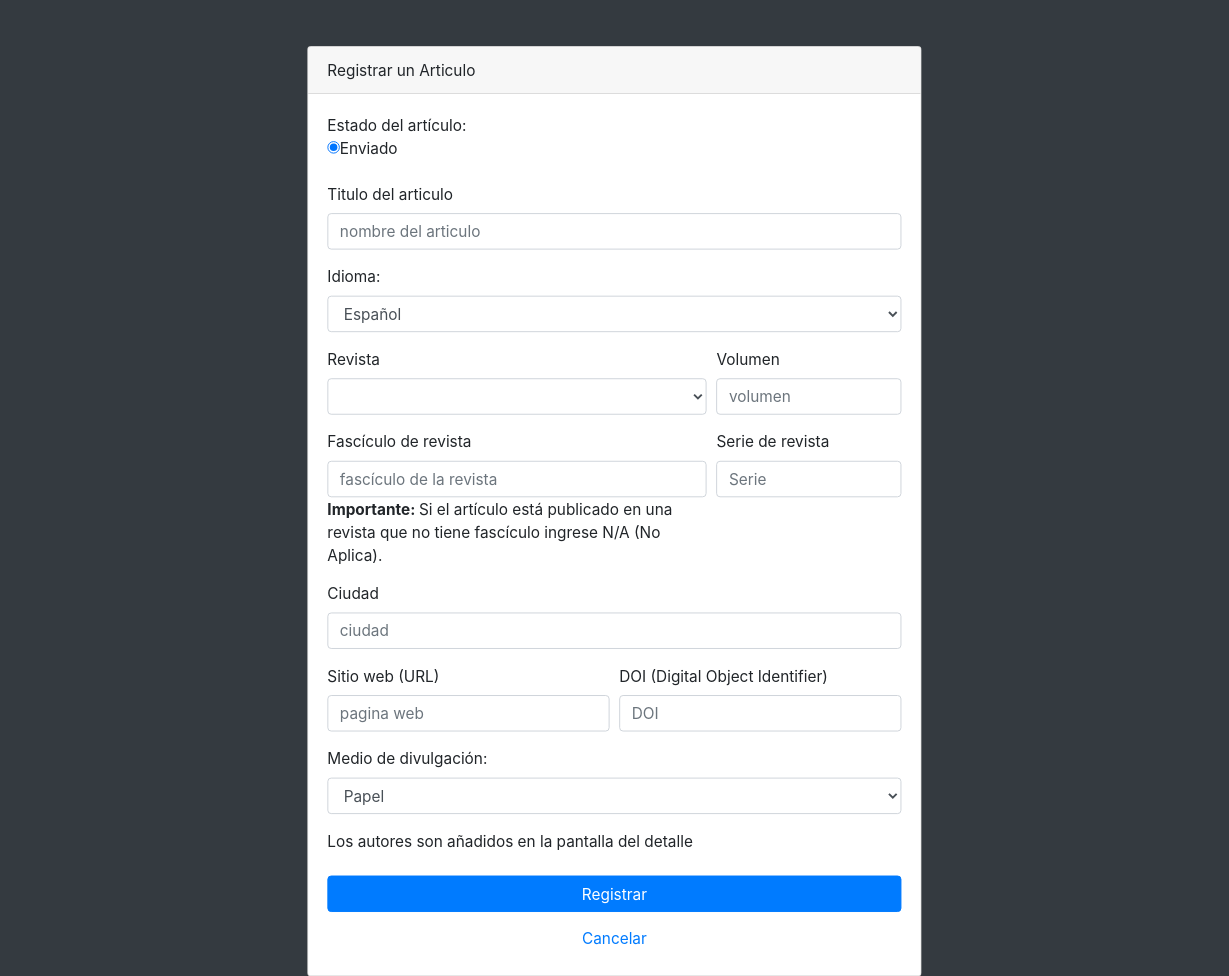
Repository: arnaldosanmartin/RepositorioWeb
Page: http://localhost/startbootstrap-sb-admin-gh-pages/registerArticulo.php
The author's editor kept a record of every edit. The page is drawn from the files as they stood at one moment, then again after the next edit.
The browser window is 1280 px wide. The pictures show the whole page, at 96% of full size.
The page is run by PHP 8.4 with error messages shown; the project is at /var/www/html/. The session is filled in as if someone had signed in: {"user_id": 1, "user_name": "Test User", "user_rol": "admin"}. Other server files are loaded and not shown. Queries for data that is not in the repository find no rows.

Above is the page before.

### startbootstrap-sb-admin-gh-pages/registerArticulo.php
<?php
  session_start();
  if(isset($_SESSION["user_id"])==false){
    header('Location: login.php');
  }
  $iduser= $_SESSION["user_id"];
  if(isset($_POST['register'])){

    $host= "127.0.0.1";
    $user= "azarot";
    $pass= "";
    $db= "mydb";
    $port= 3306;

    $nombre= $_POST['nameInputArt'];
    $idioma= $_POST['sgl_idioma'];
    $revista= $_POST['revistaInput'];
    $fechaupdate= date("Y-m-d");
    $actualestado=$_POST['cod_tipo_producto'];
    $ciudad=$_POST['cityInput'];
    $PI= "0";
    $PF= "0";
    $volRev= "0";
    $fasiculo= "N/A";
    $volFas= "0";
    $site= "0";
    $doi= "0";
    $medio= "ninguno";
    $fecha="1";
    $cuartilScopus = "";
    $cuartilIsci = "";
    $cuartilIndex = "";
    $tipo="completo";

    $connection= mysqli_connect($host, $user, $pass, $db, $port)or die(mysql_error());

    $query= "SELECT * FROM Revista WHERE id = '$revista'";
    $result= mysqli_query($connection, $query);
     if ($row= mysqli_fetch_assoc($result)) {
        $cuartilScopus = $row['cuartilScopus'];
        $cuartilIsci = $row['cuartilIsci'];
        $cuartilIndex = $row['cuartilIndex'];
      }else{
        echo "Error: " . $query . "<br>" . $conn->error;
      }

    if($actualestado==="Publicado"){
      $PI= $_POST['PIInput'];
      $PF= $_POST['PFInput'];
      $volRev= $_POST['volumenInput'];
      $fasiculo= $_POST['fasiculoInput'];
      $volFas= $_POST['volumenfas'];
      $site= $_POST['siteInput'];
      $doi= $_POST['DOIInput'];
      $medio= $_POST['medioInput'];
      $fecha=$_POST['dateInputArt'];
    }

    $query="INSERT INTO Producto (tipoArticulo, tituloArticulo, ciudad, paginaInicial, paginaFinal , idioma, fecha, fechaup, idRevista, volumen, fasciculoRevista, serieRevista, medioDivulgacion, sitioWeb, doi, estado,cuartilScopus,cuartilIsci,cuartilIndex)
      VALUES ('$tipo' ,'$nombre', '$ciudad','$PI','$PF','$idioma','$fecha','$fechaupdate','$revista','$volRev','$fasiculo','$volFas','$medio','$site','$doi','$actualestado','$cuartilScopus','$cuartilIsci','$cuartilIndex')";
    if ($connection->query($query)=== TRUE) {
      $last_id = $connection->insert_id;
      $query= "INSERT INTO Relacion_profesor_producto (idProfesor, idProducto) VALUES ('$iduser','$last_id')";
        if ($connection->query($query)=== TRUE) {
          header('Location: tablesArtic.php');
        } else {
        echo "Error: " . $query . "<br>" . $conn->error;
        }
    } else {
    echo "Error: " . $query . "<br>" . $conn->error;
    }


    $connection->close();
  }
?>
<!DOCTYPE html>
<html lang="en">

<head>
  <meta charset="utf-8">
  <meta http-equiv="X-UA-Compatible" content="IE=edge">
  <meta name="viewport" content="width=device-width, initial-scale=1, shrink-to-fit=no">
  <meta name="description" content="Registro de articulos">
  <meta name="author" content="Aza">
  <title>Articulos</title>
  <!-- Bootstrap core CSS-->
  <link href="vendor/bootstrap/css/bootstrap.min.css" rel="stylesheet">
  <!-- Custom fonts for this template-->
  <link href="vendor/font-awesome/css/font-awesome.min.css" rel="stylesheet" type="text/css">
  <!-- Custom styles for this template-->
  <link href="css/sb-admin.css" rel="stylesheet">
</head>

<body class="bg-dark">
  <div class="container">
    <div class="card card-register mx-auto mt-5">
      <div class="card-header">Registrar un Articulo</div>
      <div class="card-body">
        <form method="post" action="">
          Estado del art&iacute;culo: <br>
          <td colspan="4" >
            <input type="radio" id="tipoProducto2" name="cod_tipo_producto" value='Enviado' checked="checked"/>Enviado&nbsp;
            </td><br><br>
          <div class="form-group">
            <label for="nameInputGroup">Titulo del articulo</label>
            <input class="form-control" id="nameInputArt" name="nameInputArt" placeholder="nombre del articulo" required>
          </div>
          <div class="form-group">
            <label for="idiomaInput">Idioma:</label>
            <select class="form-control" id="idiomaInput" name="sgl_idioma" required>
            <option value="ES">Espa&ntilde;ol</option>
            <option value="DE">Alem&aacute;n</option>
            <option value="ZH">Chino</option>
            <option value="FR">Franc&eacute;s</option>
            <option value="IW">Hebreo</option>
            <option value="NL">Holand&eacute;s</option>
            <option value="EN">Ingl&eacute;s</option>
            <option value="IT">Italiano</option>
            <option value="JA">Japon&eacute;s</option>
            <option value="LA">Lat&iacute;n</option>
            <option value="PT">Portugu&eacute;s</option>
            <option value="QU">Quechua</option>
            <option value="RO">Rumano</option>
            <option value="RU">Ruso</option>
            <option value="TH">Tailand&eacute;s</option>
            </select>
          </div>

          <div class="form-group">
            <div class="form-row">
              <div class="col-md-8">
                <label for="revistaInput">Revista</label>
                <select class="form-control" id="revistaInput" name="revistaInput" required>
                <?php
                $host= "127.0.0.1";
                $user= "azarot";
                $pass= "";
                $db= "mydb";
                $port= 3306;

                $connection= mysqli_connect($host, $user, $pass, $db, $port)or die(mysql_error());


                $query= "SELECT * FROM Revista";
                $result= mysqli_query($connection, $query);
                  while ($row= mysqli_fetch_assoc($result)) {
                   echo "<option value='".$row['id']."'>".$row['nombre']."</option>";
                  }
                $connection->close();
                ?>
                </select>
              </div>
              <div class="col-md-4 cls-completo">
                <label for="volumenInput">Volumen</label>
                <input  required class="form-control cls-completo-input" id="volumenInput" name="volumenInput" type="number" aria-describedby="nameHelp" placeholder="volumen">
              </div>
            </div>
          </div>
          <div class="form-group">
            <div class="form-row">
              <div class="col-md-8 cls-completo">
                <label for="fasiculoInput">Fasc&iacute;culo de revista</label>
                <input class="form-control cls-completo-input" id="fasiculoInput" name="fasiculoInput" type="text" aria-describedby="nameHelp" placeholder="fasc&iacute;culo de la revista">
                <strong>Importante: </strong> Si el art&iacute;culo est&aacute; publicado en una revista que no tiene fasc&iacute;culo ingrese N/A (No Aplica). &nbsp
              </div>
              <div class="col-md-4 cls-completo">
                <label for="volumenInput">Serie de revista</label>
                <input class="form-control cls-completo-input" id="volumenInput" name="volumenfas" type="number" aria-describedby="nameHelp" placeholder="Serie">
              </div>
            </div>
          </div>
          <div class="form-group">
            <label for="cityInputGroup">Ciudad</label>
            <input class="form-control" id="cityInput" name="cityInput" placeholder="ciudad">
          </div>
          <div class="form-group">
            <div class="form-row">
              <div class="col-md-6 cls-completo">
                <label for="siteInput">Sitio web (URL)</label>
                <input class="form-control cls-completo-input" name="siteInput" id="siteInput" type="text" aria-describedby="nameHelp" placeholder="pagina web">
              </div>
              <div class="col-md-6 cls-completo">
                <label for="DOIInput">DOI (Digital Object Identifier)</label>
                <input class="form-control cls-completo-input" name="DOIInput" id="DOIInput" type="text" aria-describedby="nameHelp" placeholder="DOI">
              </div>
            </div>
          </div>
          <div class="form-group cls-completo">
            <label for="medioInput">Medio de divulgaci&oacute;n:</label>
            <select name="medioInput" class="form-control cls-completo-input" id="medioInput" name="medioInput">
              <option value="papel">Papel</option>
		          <option value="electronico">Electr&oacute;nico</option>
		        </select>
          </div>
          <div class="form-group">
            <label >Los autores son añadidos en la pantalla del detalle</label>
          </div>
          <input class="btn btn-primary btn-block" type="submit" id="register" name="register" value="Registrar"/>
          <a class="btn btn-block" href="tablesArtic.php">Cancelar</a>
        </form>
      </div>
    </div>
  </div>
  <!-- Bootstrap core JavaScript-->
  <script src="vendor/jquery/jquery.min.js"></script>
  <script src="vendor/bootstrap/js/bootstrap.bundle.min.js"></script>
  <!-- Core plugin JavaScript-->
  <script src="vendor/jquery-easing/jquery.easing.min.js"></script>
  <script type="text/javascript">
    $("input[type=radio][name=cod_tipo_producto]").on("change",function(){
      var estado = $(this).val();
      console.log(estado);
      switch(estado){
        case 'Publicado':
          $(".cls-completo").removeClass("hide");
          $(".cls-completo-input").attr("disabled",false);

          $(".cls-corto").addClass("hide");
          $(".cls-corto-input").attr("disabled",true);
          break;

        default:
          $(".cls-corto").removeClass("hide");
          $(".cls-corto-input").attr("disabled",false);

          $(".cls-completo").addClass("hide");
          $(".cls-completo-input").attr("disabled",true);
      }
    });
  </script>
</body>

</html>

### startbootstrap-sb-admin-gh-pages/css/sb-admin.css
html {
  position: relative;
  min-height: 100%;
}

body {
  overflow-x: hidden;
}

body.sticky-footer {
  margin-bottom: 56px;
}

body.sticky-footer .content-wrapper {
  min-height: calc(100vh - 56px - 56px);
}

body.fixed-nav {
  padding-top: 56px;
}

.content-wrapper {
  min-height: calc(100vh - 56px);
  padding-top: 1rem;
}

.scroll-to-top {
  position: fixed;
  right: 15px;
  bottom: 3px;
  display: none;
  width: 50px;
  height: 50px;
  text-align: center;
  color: white;
  background: rgba(52, 58, 64, 0.5);
  line-height: 45px;
}

.scroll-to-top:focus, .scroll-to-top:hover {
  color: white;
}

.scroll-to-top:hover {
  background: #343a40;
}

.scroll-to-top i {
  font-weight: 800;
}

.smaller {
  font-size: 0.7rem;
}

.o-hidden {
  overflow: hidden !important;
}

.z-0 {
  z-index: 0;
}

.z-1 {
  z-index: 1;
}

#mainNav .navbar-collapse {
  overflow: auto;
  max-height: 75vh;
}

#mainNav .navbar-collapse .navbar-nav .nav-item .nav-link {
  cursor: pointer;
}

#mainNav .navbar-collapse .navbar-sidenav .nav-link-collapse:after {
  float: right;
  content: '\f107';
  font-family: 'FontAwesome';
}

#mainNav .navbar-collapse .navbar-sidenav .nav-link-collapse.collapsed:after {
  content: '\f105';
}

#mainNav .navbar-collapse .navbar-sidenav .sidenav-second-level,
#mainNav .navbar-collapse .navbar-sidenav .sidenav-third-level {
  padding-left: 0;
}

#mainNav .navbar-collapse .navbar-sidenav .sidenav-second-level > li > a,
#mainNav .navbar-collapse .navbar-sidenav .sidenav-third-level > li > a {
  display: block;
  padding: 0.5em 0;
}

#mainNav .navbar-collapse .navbar-sidenav .sidenav-second-level > li > a:focus, #mainNav .navbar-collapse .navbar-sidenav .sidenav-second-level > li > a:hover,
#mainNav .navbar-collapse .navbar-sidenav .sidenav-third-level > li > a:focus,
#mainNav .navbar-collapse .navbar-sidenav .sidenav-third-level > li > a:hover {
  text-decoration: none;
}

#mainNav .navbar-collapse .navbar-sidenav .sidenav-second-level > li > a {
  padding-left: 1em;
}

#mainNav .navbar-collapse .navbar-sidenav .sidenav-third-level > li > a {
  padding-left: 2em;
}

#mainNav .navbar-collapse .sidenav-toggler {
  display: none;
}

#mainNav .navbar-collapse .navbar-nav > .nav-item.dropdown > .nav-link {
  position: relative;
  min-width: 45px;
}

#mainNav .navbar-collapse .navbar-nav > .nav-item.dropdown > .nav-link:after {
  float: right;
  width: auto;
  content: '\f105';
  border: none;
  font-family: 'FontAwesome';
}

#mainNav .navbar-collapse .navbar-nav > .nav-item.dropdown > .nav-link .indicator {
  position: absolute;
  top: 5px;
  left: 21px;
  font-size: 10px;
}

#mainNav .navbar-collapse .navbar-nav > .nav-item.dropdown.show > .nav-link:after {
  content: '\f107';
}

#mainNav .navbar-collapse .navbar-nav > .nav-item.dropdown .dropdown-menu > .dropdown-item > .dropdown-message {
  overflow: hidden;
  max-width: none;
  text-overflow: ellipsis;
}

@media (min-width: 992px) {
  #mainNav .navbar-brand {
    width: 250px;
  }
  #mainNav .navbar-collapse {
    overflow: visible;
    max-height: none;
  }
  #mainNav .navbar-collapse .navbar-sidenav {
    position: absolute;
    top: 0;
    left: 0;
    -webkit-flex-direction: column;
    -ms-flex-direction: column;
    flex-direction: column;
    margin-top: 56px;
  }
  #mainNav .navbar-collapse .navbar-sidenav > .nav-item {
    width: 250px;
    padding: 0;
  }
  #mainNav .navbar-collapse .navbar-sidenav > .nav-item > .nav-link {
    padding: 1em;
  }
  #mainNav .navbar-collapse .navbar-sidenav > .nav-item .sidenav-second-level,
  #mainNav .navbar-collapse .navbar-sidenav > .nav-item .sidenav-third-level {
    padding-left: 0;
    list-style: none;
  }
  #mainNav .navbar-collapse .navbar-sidenav > .nav-item .sidenav-second-level > li,
  #mainNav .navbar-collapse .navbar-sidenav > .nav-item .sidenav-third-level > li {
    width: 250px;
  }
  #mainNav .navbar-collapse .navbar-sidenav > .nav-item .sidenav-second-level > li > a,
  #mainNav .navbar-collapse .navbar-sidenav > .nav-item .sidenav-third-level > li > a {
    padding: 1em;
  }
  #mainNav .navbar-collapse .navbar-sidenav > .nav-item .sidenav-second-level > li > a {
    padding-left: 2.75em;
  }
  #mainNav .navbar-collapse .navbar-sidenav > .nav-item .sidenav-third-level > li > a {
    padding-left: 3.75em;
  }
  #mainNav .navbar-collapse .navbar-nav > .nav-item.dropdown > .nav-link {
    min-width: 0;
  }
  #mainNav .navbar-collapse .navbar-nav > .nav-item.dropdown > .nav-link:after {
    width: 24px;
    text-align: center;
  }
  #mainNav .navbar-collapse .navbar-nav > .nav-item.dropdown .dropdown-menu > .dropdown-item > .dropdown-message {
    max-width: 300px;
  }
}

#mainNav.fixed-top .sidenav-toggler {
  display: none;
}

@media (min-width: 992px) {
  #mainNav.fixed-top .navbar-sidenav {
    height: calc(100vh - 112px);
  }
  #mainNav.fixed-top .sidenav-toggler {
    position: absolute;
    top: 0;
    left: 0;
    display: flex;
    -webkit-flex-direction: column;
    -ms-flex-direction: column;
    flex-direction: column;
    margin-top: calc(100vh - 56px);
  }
  #mainNav.fixed-top .sidenav-toggler > .nav-item {
    width: 250px;
    padding: 0;
  }
  #mainNav.fixed-top .sidenav-toggler > .nav-item > .nav-link {
    padding: 1em;
  }
}

#mainNav.fixed-top.navbar-dark .sidenav-toggler {
  background-color: #212529;
}

#mainNav.fixed-top.navbar-dark .sidenav-toggler a i {
  color: #adb5bd;
}

#mainNav.fixed-top.navbar-light .sidenav-toggler {
  background-color: #dee2e6;
}

#mainNav.fixed-top.navbar-light .sidenav-toggler a i {
  color: rgba(0, 0, 0, 0.5);
}

body.sidenav-toggled #mainNav.fixed-top .sidenav-toggler {
  overflow-x: hidden;
  width: 55px;
}

body.sidenav-toggled #mainNav.fixed-top .sidenav-toggler .nav-item,
body.sidenav-toggled #mainNav.fixed-top .sidenav-toggler .nav-link {
  width: 55px !important;
}

body.sidenav-toggled #mainNav.fixed-top #sidenavToggler i {
  -webkit-transform: scaleX(-1);
  -moz-transform: scaleX(-1);
  -o-transform: scaleX(-1);
  transform: scaleX(-1);
  filter: FlipH;
  -ms-filter: 'FlipH';
}

#mainNav.static-top .sidenav-toggler {
  display: none;
}

@media (min-width: 992px) {
  #mainNav.static-top .sidenav-toggler {
    display: flex;
  }
}

body.sidenav-toggled #mainNav.static-top #sidenavToggler i {
  -webkit-transform: scaleX(-1);
  -moz-transform: scaleX(-1);
  -o-transform: scaleX(-1);
  transform: scaleX(-1);
  filter: FlipH;
  -ms-filter: 'FlipH';
}

.content-wrapper {
  overflow-x: hidden;
  background: white;
}

@media (min-width: 992px) {
  .content-wrapper {
    margin-left: 250px;
  }
}

#sidenavToggler i {
  font-weight: 800;
}

.navbar-sidenav-tooltip.show {
  display: none;
}

@media (min-width: 992px) {
  body.sidenav-toggled .content-wrapper {
    margin-left: 55px;
  }
}

body.sidenav-toggled .navbar-sidenav {
  width: 55px;
}

body.sidenav-toggled .navbar-sidenav .nav-link-text {
  display: none;
}

body.sidenav-toggled .navbar-sidenav .nav-item,
body.sidenav-toggled .navbar-sidenav .nav-link {
  width: 55px !important;
}

body.sidenav-toggled .navbar-sidenav .nav-item:after,
body.sidenav-toggled .navbar-sidenav .nav-link:after {
  display: none;
}

body.sidenav-toggled .navbar-sidenav .nav-item {
  white-space: nowrap;
}

body.sidenav-toggled .navbar-sidenav-tooltip.show {
  display: flex;
}

#mainNav.navbar-dark .navbar-collapse .navbar-sidenav .nav-link-collapse:after {
  color: #868e96;
}

#mainNav.navbar-dark .navbar-collapse .navbar-sidenav > .nav-item > .nav-link {
  color: #868e96;
}

#mainNav.navbar-dark .navbar-collapse .navbar-sidenav > .nav-item > .nav-link:hover {
  color: #adb5bd;
}

#mainNav.navbar-dark .navbar-collapse .navbar-sidenav > .nav-item .sidenav-second-level > li > a,
#mainNav.navbar-dark .navbar-collapse .navbar-sidenav > .nav-item .sidenav-third-level > li > a {
  color: #868e96;
}

#mainNav.navbar-dark .navbar-collapse .navbar-sidenav > .nav-item .sidenav-second-level > li > a:focus, #mainNav.navbar-dark .navbar-collapse .navbar-sidenav > .nav-item .sidenav-second-level > li > a:hover,
#mainNav.navbar-dark .navbar-collapse .navbar-sidenav > .nav-item .sidenav-third-level > li > a:focus,
#mainNav.navbar-dark .navbar-collapse .navbar-sidenav > .nav-item .sidenav-third-level > li > a:hover {
  color: #adb5bd;
}

#mainNav.navbar-dark .navbar-collapse .navbar-nav > .nav-item.dropdown > .nav-link:after {
  color: #adb5bd;
}

@media (min-width: 992px) {
  #mainNav.navbar-dark .navbar-collapse .navbar-sidenav {
    background: #343a40;
  }
  #mainNav.navbar-dark .navbar-collapse .navbar-sidenav li.active a {
    color: white !important;
    background-color: #495057;
  }
  #mainNav.navbar-dark .navbar-collapse .navbar-sidenav li.active a:focus, #mainNav.navbar-dark .navbar-collapse .navbar-sidenav li.active a:hover {
    color: white;
  }
  #mainNav.navbar-dark .navbar-collapse .navbar-sidenav > .nav-item .sidenav-second-level,
  #mainNav.navbar-dark .navbar-collapse .navbar-sidenav > .nav-item .sidenav-third-level {
    background: #343a40;
  }
}

#mainNav.navbar-light .navbar-collapse .navbar-sidenav .nav-link-collapse:after {
  color: rgba(0, 0, 0, 0.5);
}

#mainNav.navbar-light .navbar-collapse .navbar-sidenav > .nav-item > .nav-link {
  color: rgba(0, 0, 0, 0.5);
}

#mainNav.navbar-light .navbar-collapse .navbar-sidenav > .nav-item > .nav-link:hover {
  color: rgba(0, 0, 0, 0.7);
}

#mainNav.navbar-light .navbar-collapse .navbar-sidenav > .nav-item .sidenav-second-level > li > a,
#mainNav.navbar-light .navbar-collapse .navbar-sidenav > .nav-item .sidenav-third-level > li > a {
  color: rgba(0, 0, 0, 0.5);
}

#mainNav.navbar-light .navbar-collapse .navbar-sidenav > .nav-item .sidenav-second-level > li > a:focus, #mainNav.navbar-light .navbar-collapse .navbar-sidenav > .nav-item .sidenav-second-level > li > a:hover,
#mainNav.navbar-light .navbar-collapse .navbar-sidenav > .nav-item .sidenav-third-level > li > a:focus,
#mainNav.navbar-light .navbar-collapse .navbar-sidenav > .nav-item .sidenav-third-level > li > a:hover {
  color: rgba(0, 0, 0, 0.7);
}

#mainNav.navbar-light .navbar-collapse .navbar-nav > .nav-item.dropdown > .nav-link:after {
  color: rgba(0, 0, 0, 0.5);
}

@media (min-width: 992px) {
  #mainNav.navbar-light .navbar-collapse .navbar-sidenav {
    background: #f8f9fa;
  }
  #mainNav.navbar-light .navbar-collapse .navbar-sidenav li.active a {
    color: #000 !important;
    background-color: #e9ecef;
  }
  #mainNav.navbar-light .navbar-collapse .navbar-sidenav li.active a:focus, #mainNav.navbar-light .navbar-collapse .navbar-sidenav li.active a:hover {
    color: #000;
  }
  #mainNav.navbar-light .navbar-collapse .navbar-sidenav > .nav-item .sidenav-second-level,
  #mainNav.navbar-light .navbar-collapse .navbar-sidenav > .nav-item .sidenav-third-level {
    background: #f8f9fa;
  }
}

.card-body-icon {
  position: absolute;
  z-index: 0;
  top: -25px;
  right: -25px;
  font-size: 5rem;
  -webkit-transform: rotate(15deg);
  -ms-transform: rotate(15deg);
  transform: rotate(15deg);
}

@media (min-width: 576px) {
  .card-columns {
    column-count: 1;
  }
}

@media (min-width: 768px) {
  .card-columns {
    column-count: 2;
  }
}

@media (min-width: 1200px) {
  .card-columns {
    column-count: 2;
  }
}

.card-login {
  max-width: 25rem;
}

.card-register {
  max-width: 40rem;
}

footer.sticky-footer {
  position: absolute;
  right: 0;
  bottom: 0;
  width: 100%;
  height: 56px;
  background-color: #e9ecef;
  line-height: 55px;
}

@media (min-width: 992px) {
  footer.sticky-footer {
    width: calc(100% - 250px);
  }
}

@media (min-width: 992px) {
  body.sidenav-toggled footer.sticky-footer {
    width: calc(100% - 55px);
  }
}

.hide{
  display: none;
}

After the next edit:
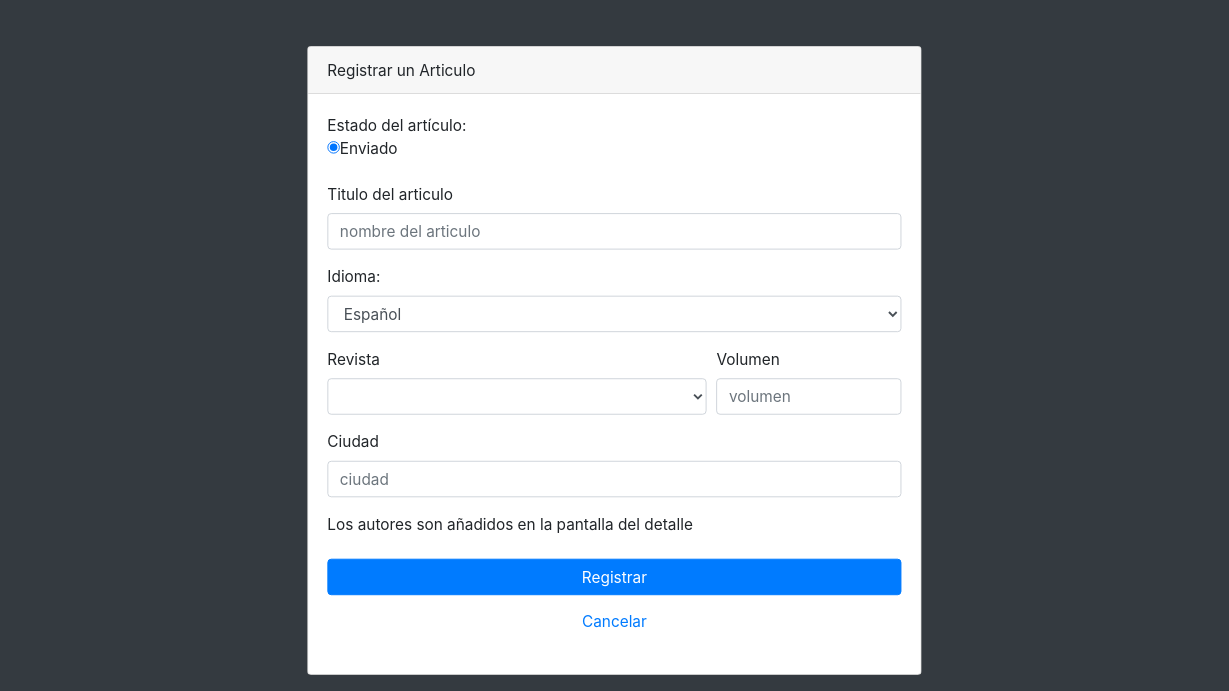
The edit:
--- a/startbootstrap-sb-admin-gh-pages/registerArticulo.php
+++ b/startbootstrap-sb-admin-gh-pages/registerArticulo.php
@@ -157,42 +157,13 @@
               </div>
             </div>
           </div>
-          <div class="form-group">
-            <div class="form-row">
-              <div class="col-md-8 cls-completo">
-                <label for="fasiculoInput">Fasc&iacute;culo de revista</label>
-                <input class="form-control cls-completo-input" id="fasiculoInput" name="fasiculoInput" type="text" aria-describedby="nameHelp" placeholder="fasc&iacute;culo de la revista">
-                <strong>Importante: </strong> Si el art&iacute;culo est&aacute; publicado en una revista que no tiene fasc&iacute;culo ingrese N/A (No Aplica). &nbsp
-              </div>
-              <div class="col-md-4 cls-completo">
-                <label for="volumenInput">Serie de revista</label>
-                <input class="form-control cls-completo-input" id="volumenInput" name="volumenfas" type="number" aria-describedby="nameHelp" placeholder="Serie">
-              </div>
-            </div>
-          </div>
+
           <div class="form-group">
             <label for="cityInputGroup">Ciudad</label>
             <input class="form-control" id="cityInput" name="cityInput" placeholder="ciudad">
           </div>
           <div class="form-group">
-            <div class="form-row">
-              <div class="col-md-6 cls-completo">
-                <label for="siteInput">Sitio web (URL)</label>
-                <input class="form-control cls-completo-input" name="siteInput" id="siteInput" type="text" aria-describedby="nameHelp" placeholder="pagina web">
-              </div>
-              <div class="col-md-6 cls-completo">
-                <label for="DOIInput">DOI (Digital Object Identifier)</label>
-                <input class="form-control cls-completo-input" name="DOIInput" id="DOIInput" type="text" aria-describedby="nameHelp" placeholder="DOI">
-              </div>
-            </div>
-          </div>
-          <div class="form-group cls-completo">
-            <label for="medioInput">Medio de divulgaci&oacute;n:</label>
-            <select name="medioInput" class="form-control cls-completo-input" id="medioInput" name="medioInput">
-              <option value="papel">Papel</option>
-		          <option value="electronico">Electr&oacute;nico</option>
-		        </select>
-          </div>
+
           <div class="form-group">
             <label >Los autores son añadidos en la pantalla del detalle</label>
           </div>
